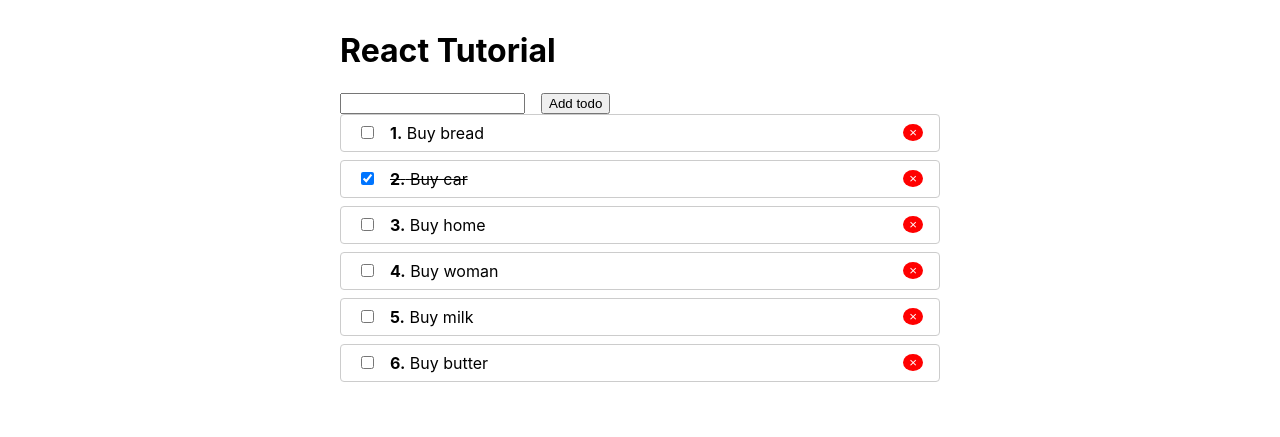
Repository: GregorPiev/rorganizer
Page: /
These files come from the project's save history. The page is drawn as it stood at one moment and after a run of saves; the edit follows.
The browser window is 1280 px wide. The pictures show the whole page.
The project was rebuilt for these pictures with package versions that can differ from the ones it lists, and the page was loaded fresh each time.

Above is the page before, as saved 2020-08-22 14:50:58.

### src/index.css
body {
	margin: 0;
	font-family: -apple-system, BlinkMacSystemFont, 'Segoe UI', 'Roboto', 'Oxygen',
		'Ubuntu', 'Cantarell', 'Fira Sans', 'Droid Sans', 'Helvetica Neue',
		sans-serif;
	-webkit-font-smoothing: antialiased;
	-moz-osx-font-smoothing: grayscale;
}

code {
	font-family: source-code-pro, Menlo, Monaco, Consolas, 'Courier New',
		monospace;
}
.wrapper {
	padding-top: 5px;
	margin: 5px auto;
	width: 600px;
}

### src/App.js
import React from 'react'
import TodoList from './Todo/TodoList/TodoList'
import Context from './context';
import AddToDo from './Todo/AddTodo/AddTodo';

function App() {
  const [todos, setTodos] = React.useState([
    { id: 1, completed: false, title: 'Buy bread' },
    { id: 2, completed: true, title: 'Buy car' },
    { id: 3, completed: false, title: 'Buy home' },
    { id: 4, completed: false, title: 'Buy woman' },
    { id: 5, completed: false, title: 'Buy milk' },
    { id: 6, completed: false, title: 'Buy butter' },
  ])

  function toggleTodo(id) {
    console.log('%cid:' + id, 'color: red;')
    setTodos(
      todos.map((todo) => {
        if (todo.id === id) {
          todo.completed = !todo.completed
        }
        return todo
      }),
    )
  }

  function removeTodo(id) {
    setTodos(todos.filter(todo => todo.id !== id));
  }

  return (
    <Context.Provider value={{ removeTodo: removeTodo }}>
      <div className="wrapper">
        <h1>React Tutorial</h1>
        <AddToDo />
        {
          todos.length
            ? <TodoList todos={todos} onToggle={toggleTodo} />
            : <p>No todos</p>
        }

      </div>
    </Context.Provider>
  )
}

export default App

### src/Todo/TodoList/TodoList.js
import React from 'react';
import PropTypes from 'prop-types';
import './TodoList.css';
import TodoItem from '../TodoItem/TodoItem';


function TodoList(props) {
    return (
        <ul className="ul_base">
            {
                props.todos.map((todo, index) => {
                    return <TodoItem
                        key={todo.id}
                        todo={todo}
                        index={index}
                        onChange={props.onToggle}
                    />
                })
            }
        </ul>
    )

}

TodoList.propTypes = {
    todos: PropTypes.arrayOf(PropTypes.object).isRequired,
    onToggle: PropTypes.func.isRequired
}
export default TodoList;

### src/context.js
import React from 'react';

const Context = React.createContext();
export default Context;

### src/Todo/AddTodo/AddTodo.js
import React from 'react';

function AddToDo() {
    return (
        <form>
            <input />
            <button type="submit">Add todo</button>
        </form>
    )
}

export default AddToDo;

### src/Todo/TodoList/TodoList.css
.ul_base {
    list-style: none;
    margin: 0;
    padding: 0;
}

### src/Todo/TodoItem/TodoItem.js
import React from 'react';
import PropTypes from 'prop-types';
import './TodoItem.css';
import Context from '../../context';

function TodoItem({ todo, index, onChange }) {
    const { removeTodo } = React.useContext(Context);
    const classes = [];
    if (todo.completed === true) {
        classes.push('done');
    }
    return (
        <li>
            <span className={classes.join(' ')}>
                <input
                    type='checkbox'
                    checked={todo.completed}
                    onChange={() => onChange(todo.id)}
                />
                <strong>{index + 1}.</strong>&nbsp;
                {todo.title}
            </span>
            <button className="rb" onClick={removeTodo.bind(null, todo.id)}>&times;</button>

        </li>
    )
}

TodoItem.propTypes = {
    todo: PropTypes.object.isRequired,
    index: PropTypes.number.isRequired,
    onChange: PropTypes.func.isRequired
}

export default TodoItem;

### src/Todo/TodoItem/TodoItem.css
li {
  display: flex;
  justify-content: space-between;
  align-items: center;
  padding: 0.5rem 1rem;
  border: 1px solid #cccccc;
  border-radius: 4px;
  margin-bottom: 0.5rem;
}
input {
  margin-right: 1rem;
}
.rb {
  background: #f00;
  border-radius: 50%;
  color: #ffffff;
  border: none;
}
.done {
  text-decoration: line-through;
}

### src/Todo/AddTodo/AddTodo.css
.add_todo {
    margin-bottom: 1rem;
}

Loaded but not shown: public/index.html (common file); src/index.js (common file); src/serviceWorker.js (common file)

After the next 2 saves:
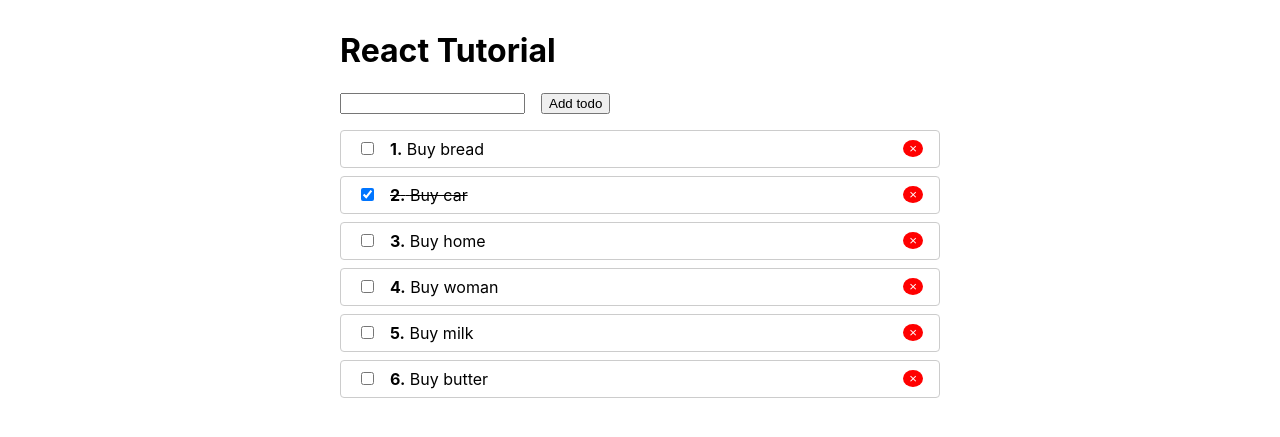
The 2 saves are shown as one change because 1 did not build or start.
The last was saved 58 s later.
--- a/src/Todo/AddTodo/AddTodo.js
+++ b/src/Todo/AddTodo/AddTodo.js
@@ -1,8 +1,9 @@
 import React from 'react';
+import './AddTodo.css';
 
 function AddToDo() {
     return (
-        <form>
+        <form className="add_todo">
             <input />
             <button type="submit">Add todo</button>
         </form>
